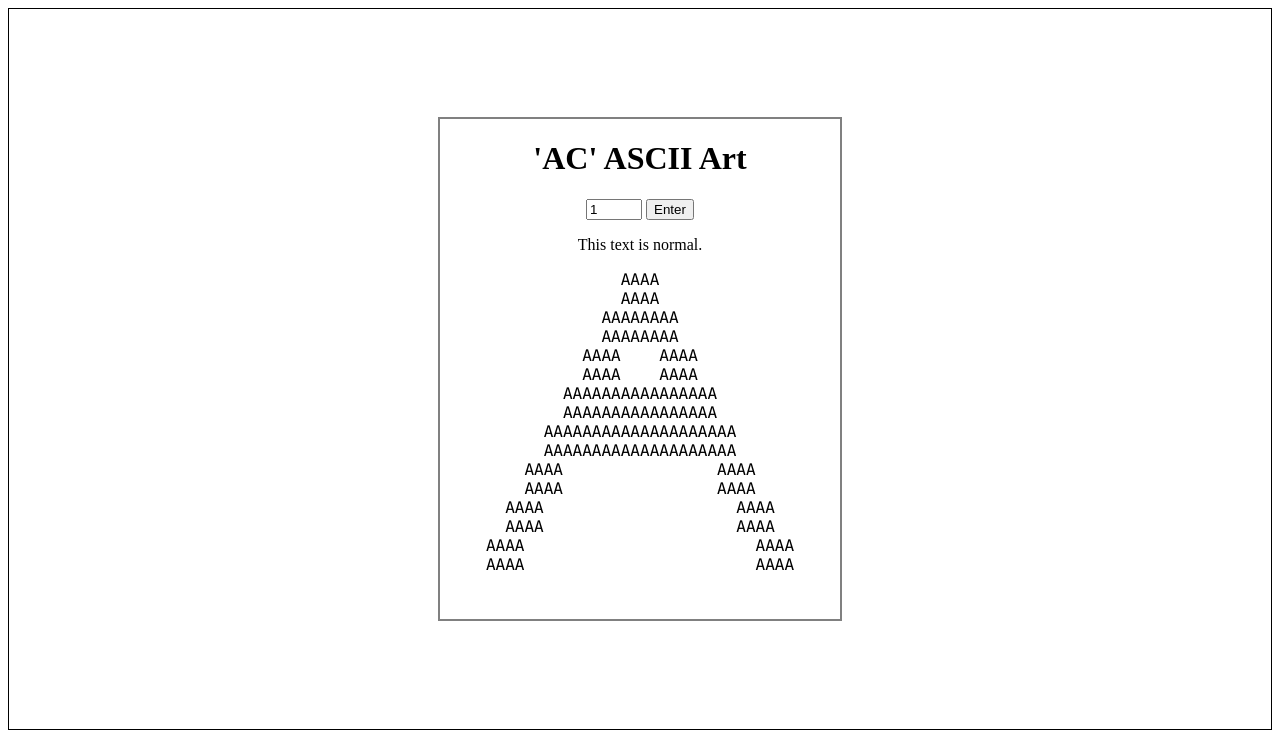
Repository: Achorn/ascii-art
Page: index.html
An editor plug-in stored every save of this project. The page is shown before and after the next save, followed by the edit.
The browser window is 1280 px wide. The pictures show the whole page.

Above is the page before, as saved 2021-08-09 16:26:48.

After the next save:
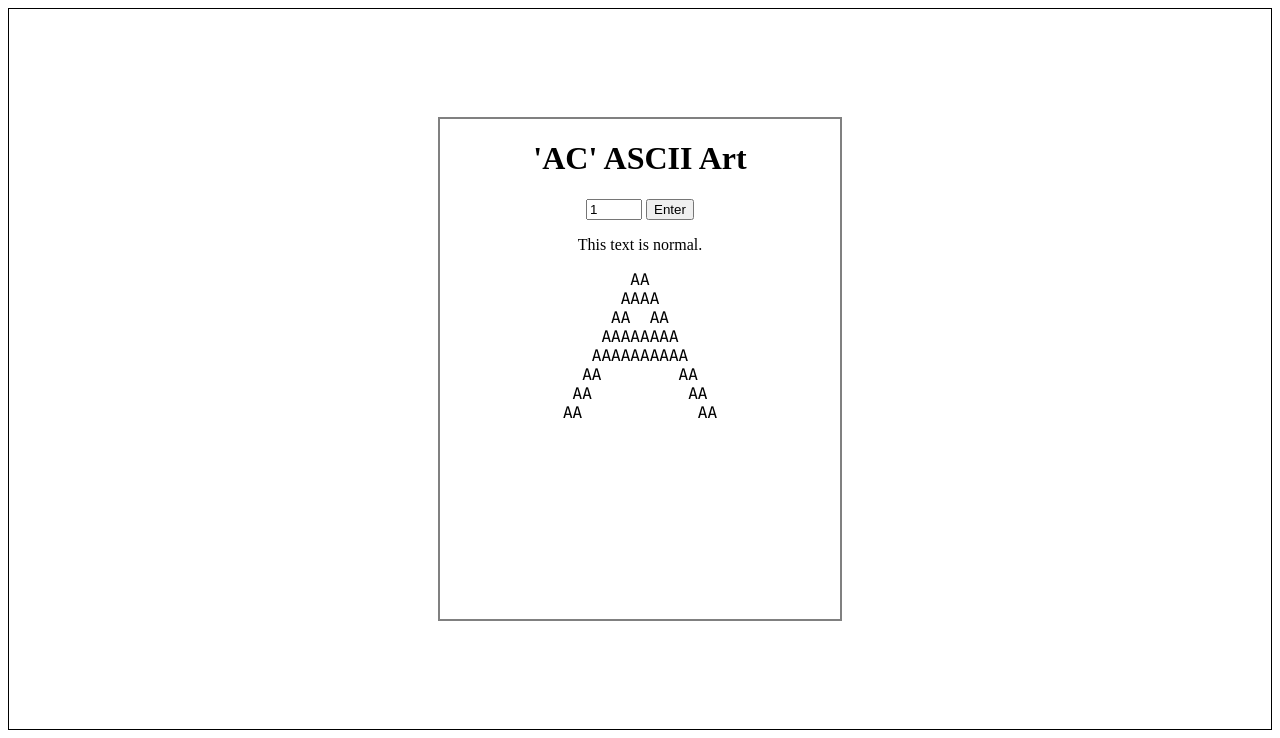
Saved 11 s later.
--- a/myscripts.js
+++ b/myscripts.js
@@ -185,4 +185,4 @@
 console.log(mono.innerHTML);
 mono.innerHTML = eight.join();
 
-mono.innerHTML = arrToString(sixteen);
+mono.innerHTML = arrToString(eight);

After the save that followed:
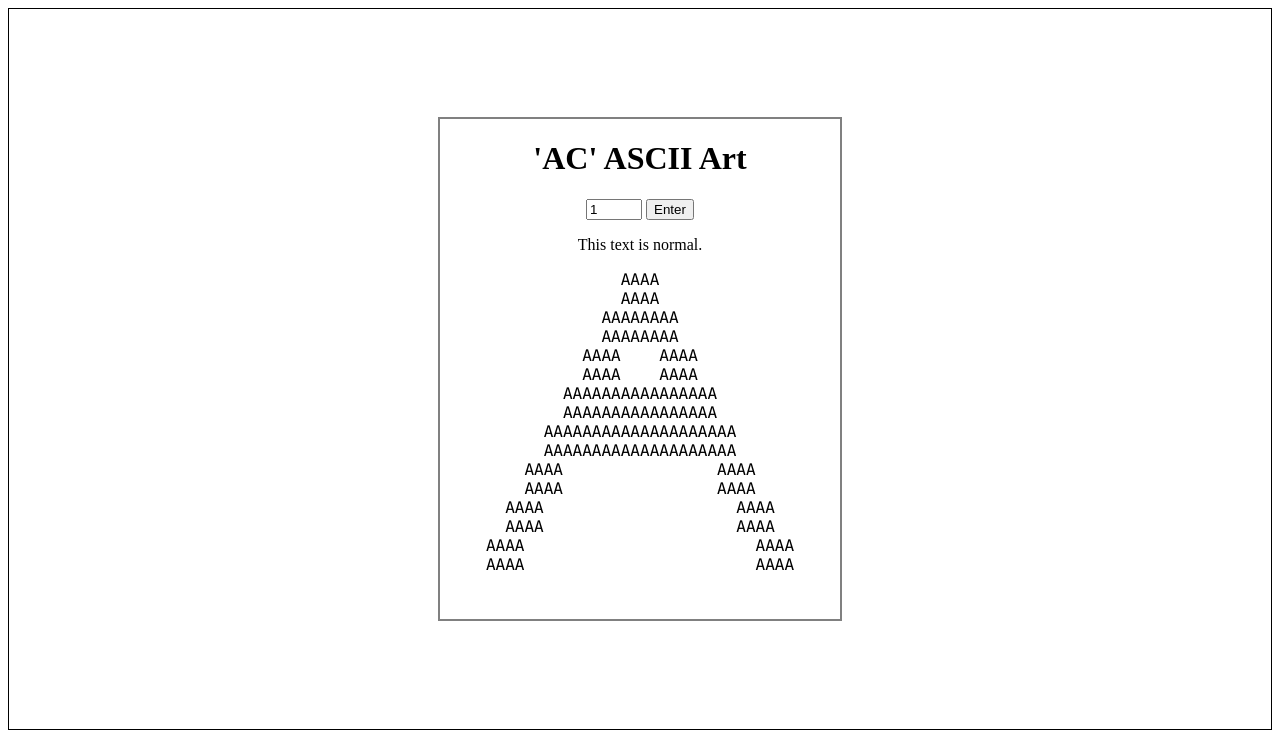
Saved 21 s later.
--- a/myscripts.js
+++ b/myscripts.js
@@ -185,4 +185,4 @@
 console.log(mono.innerHTML);
 mono.innerHTML = eight.join();
 
-mono.innerHTML = arrToString(eight);
+mono.innerHTML = arrToString(sixteen);
